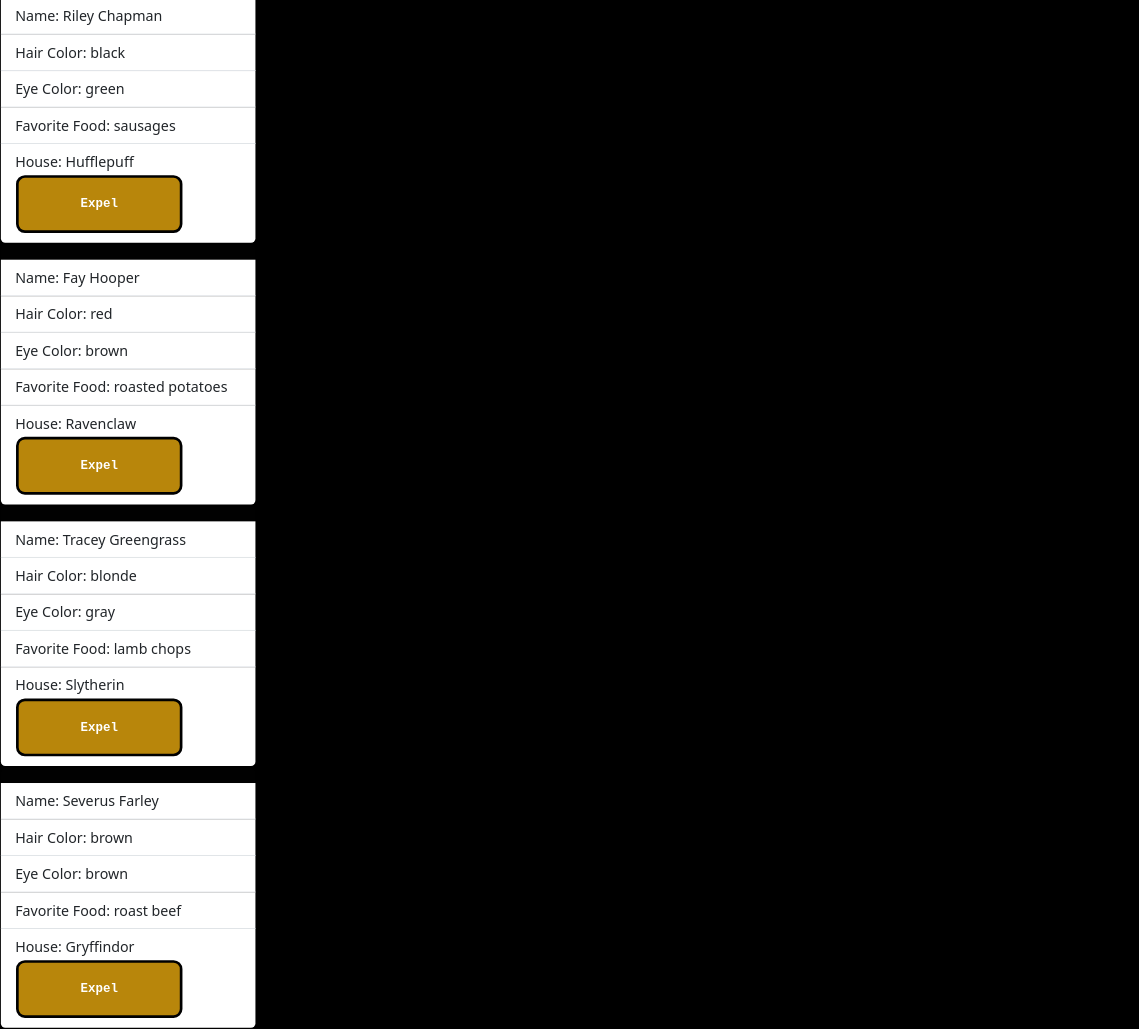
Repository: jontslater/INDIVIDUAL-PROJECT-sorting-hat
Page: index.html
These files come from the project's save history. The page is drawn as it stood at one moment and after the next save; the edit follows.
The browser window is 1280 px wide. The pictures show the part of the page from y = 538 to 1694 px (the page is 1694 px tall), at 89% of full size.
A picture or video elsewhere on the page could not be fetched, so the positions and the page height are approximate.

Above is the page before, as saved 2023-10-31 19:03:53.

### index.html
<!DOCTYPE html>
<html lang="en">
<head>
  <meta charset="UTF-8">
  <meta name="viewport" content="width=device-width, initial-scale=1.0">
  <title>SortingHat</title>

  <link href="https://cdn.jsdelivr.net/npm/bootstrap@5.3.2/dist/css/bootstrap.min.css" rel="stylesheet" integrity="sha384-T3c6CoIi6uLrA9TneNEoa7RxnatzjcDSCmG1MXxSR1GAsXEV/Dwwykc2MPK8M2HN" crossorigin="anonymous">
  <link rel="stylesheet" href="main.css">
</head>
<body>
  <div class="card">
    <div class="card-header">
      <img src="https://media.tenor.com/vkDuuNm40XoAAAAd/hogwarts-legacy-warner-bros-interactive-entertainment.gif" alt="" class="sortingHat">
    </div>
    <div class="card-body">
      <h5 class="card-title">Hello, I am the sorting hat!</h5>
      <p class="card-text">Right. Right then. Hmmmm. Right.... You are going to house .... </p>
      <button class= "btn" id="btn">Begin Sorting</button>
      <form id="form" class="names">
       <input type="text" id="firstName" required>First Name
        <input type="text" id="lastName" required>Last Name
       <input type="text" id="hairColor" required>Hair Color
       <input type="text" id="eyeColor"  required>Eye Color
       <input type="text" id="favoriteFood">Favorite Food
       <button class= "btn" id="enter">Enter House</button>
     </form>


    </div>
  </div>
  <div>
  </div>
  <div id="app"></div>

  <script src="https://cdn.jsdelivr.net/npm/bootstrap@5.3.2/dist/js/bootstrap.bundle.min.js" integrity="sha384-C6RzsynM9kWDrMNeT87bh95OGNyZPhcTNXj1NW7RuBCsyN/o0jlpcV8Qyq46cDfL" crossorigin="anonymous"></script>
  <script src="main.js"></script>
</body>
</html>

### main.css
body{
  background-color: black;
}

.card{
  background-color:black;
  color: darkgoldenrod;
  width: 450px;
}

.btn{
  margin-left: 121px;
  margin-top: 3px;
  margin-bottom: 3px;
  right: 120px;
  width: 187px;
  height: 65px;
  border: none;
  color: white;
  font-size:14px;
  font-weight:700;
  background-color:darkgoldenrod;
  position: relative;
  font-family: monospace;
}

.names{
  display: none;
}

.btn-warning{
  margin-left: 121px;
  margin-top: 3px;
  margin-bottom: 3px;
  right: 120px;
  width: 187px;
  height: 65px;
  border: solid black;
  border-radius: 10px;
  color: white;
  font-size:14px;
  font-weight:700;
  background-color:darkgoldenrod;
  position: relative;
  font-family: monospace;
}

### main.js
const students =[
  {
    id: 1,
    firstName: "Riley",
    lastName: "Chapman",
    hairColor: "black",
    eyeColor: "green",
    favoriteFood: "sausages",
    house: "Hufflepuff"
  },
  {
    id: 2,
    firstName: "Fay",
    lastName: "Hooper",
    hairColor: "red",
    eyeColor: "brown",
    favoriteFood: "roasted potatoes",
    house: "Ravenclaw"
  },
  {
    id: 3,
    firstName: "Tracey",
    lastName: "Greengrass",
    hairColor: "blonde",
    eyeColor: "gray",
    favoriteFood: "lamb chops",
    house: "Slytherin",
  },
  {
    id: 4,
    firstName: "Severus",
    lastName: "Farley",
    hairColor: "brown",
    eyeColor: "brown",
    favoriteFood: "roast beef",
    house: "Gryffindor",
  }
]
const app = document.querySelector("#app");
const btn = document.querySelector("#btn");

const renderToDom = (Students) =>{

  let domString = "";

  for(let student of students){

    domString += `<div class="card" style="width: 18rem;">
    <div class="card-header">
    </div>
    <ul class="list-group list-group-flush">

      <li class="list-group-item">Name: ${student.firstName} ${student.lastName}
      <li class="list-group-item">Hair Color: ${student.hairColor}
      <li class="list-group-item">Eye Color: ${student.eyeColor}
      <li class="list-group-item"> Favorite Food: ${student.favoriteFood}
      <li class="list-group-item"> House: ${student.house}
      <button type="button" class="btn-warning">Expel</button>
    </ul>
  </div>`
  }
  const app = document.querySelector("#app")
  app.innerHTML = domString
}

renderToDom(students)

btn.addEventListener("click", () => {
  const form = document.querySelector("form");

  if(form.style.display === "none"){
    form.style.display = "block";
  }else{
    form.style.display = "none";
  }
});

const houses = ["Hufflepuff","Ravenclaw","Slytherin","Gryffindor"]

const houseRandomizer = (min, max) => {
  return Math.floor(Math.random() * 3);
}

const form = document.querySelector("form");

const createStudent = (event) => {
  event.preventDefault();
  const randomHouse = houseRandomizer(0,3);
  const houseAssigned = houses[randomHouse]
  const newStudent
   = {
    id: students.length +1,
    firstName: document.querySelector("#firstName").value,
    lastName: document.querySelector("#lastName").value,
    hairColor: document.querySelector("#hairColor").value,
    eyeColor: document.querySelector("#eyeColor").value,
    favoriteFood: document.querySelector("#favoriteFood").value,
    house: houseAssigned
  }
  students.push(newStudent);
  renderToDom(students);
  form.reset();
}
form.addEventListener("submit", createStudent)

After the next save:
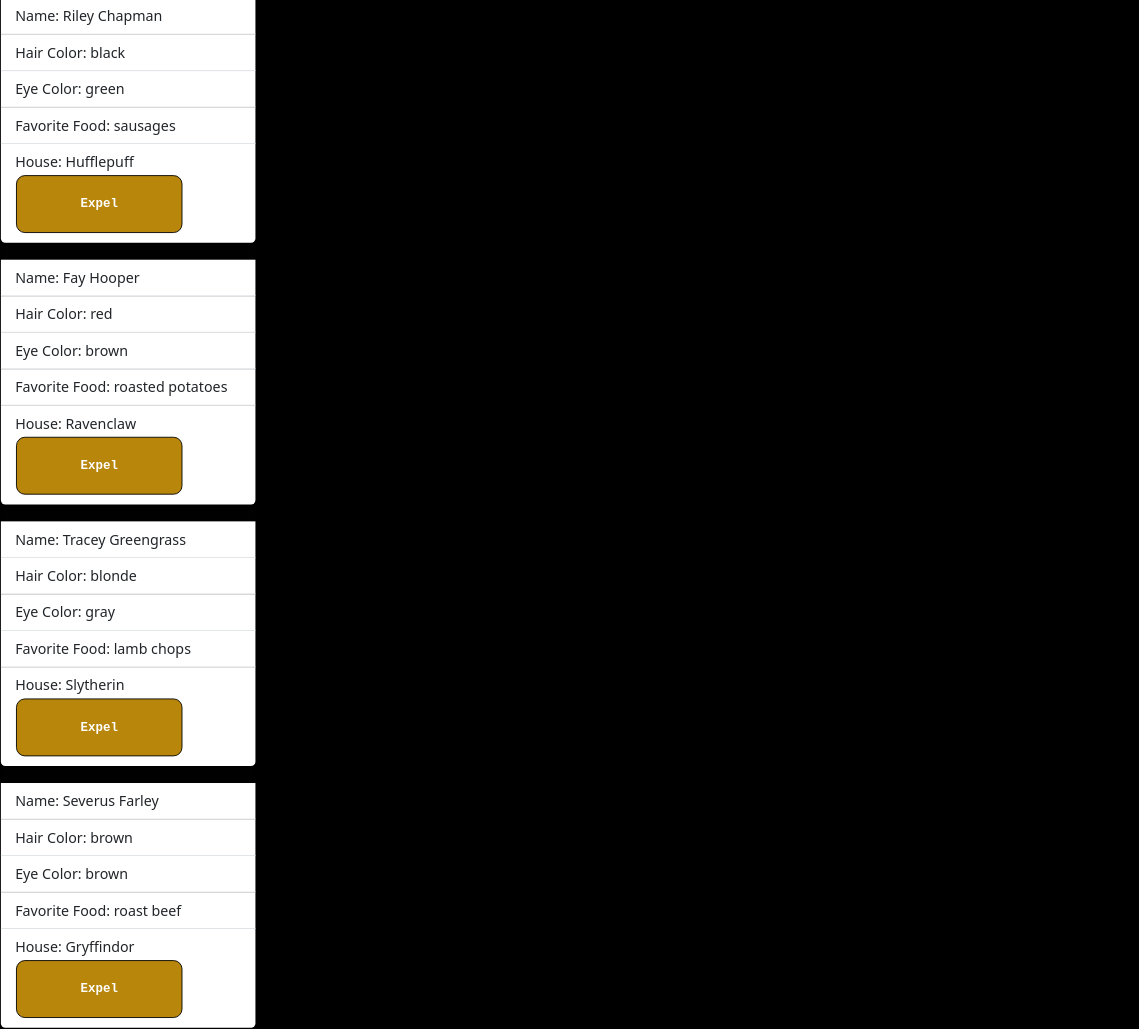
Saved 33 s later.
--- a/main.css
+++ b/main.css
@@ -35,7 +35,7 @@
   right: 120px;
   width: 187px;
   height: 65px;
-  border: solid black;
+  border: solid black 1px;
   border-radius: 10px;
   color: white;
   font-size:14px;
